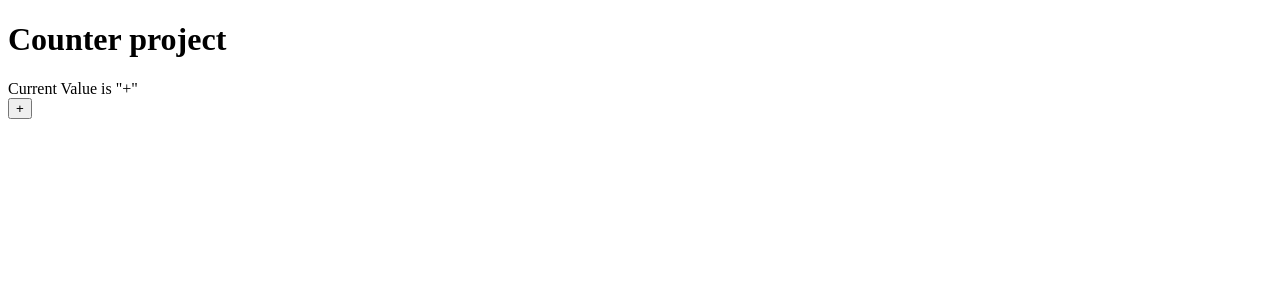
Repository: NiutaR/counter-dom
Page: index.html
An editor plug-in stored every save of this project. The page is shown before and after the next save, followed by the edit.
The browser window is 1280 px wide. The pictures show the whole page.

Above is the page before, as saved 2021-07-20 21:28:31.

After the next save:
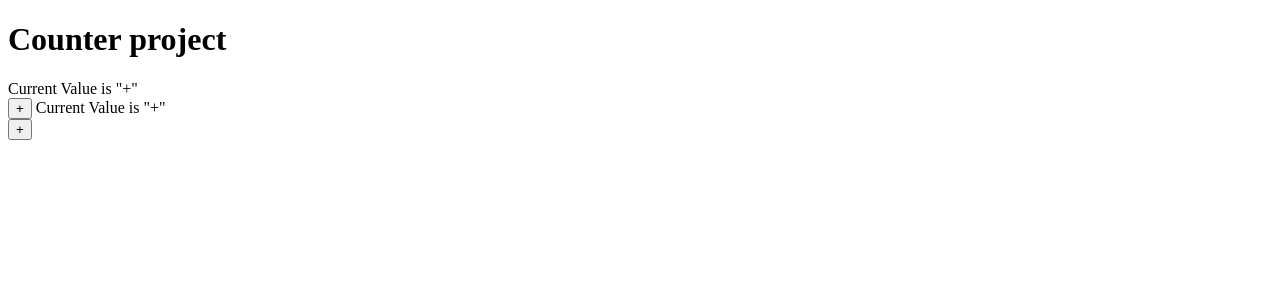
Saved 21 s later.
--- a/index.html
+++ b/index.html
@@ -10,6 +10,7 @@
     <div id="container">
         <h1>Counter project</h1>
         <label>Current Value is "+"<br><button>+</button></label>
+        <label>Current Value is "+"<br><button>+</button></label>
     </div>
     <script src="index.js"></script>
 </body>
